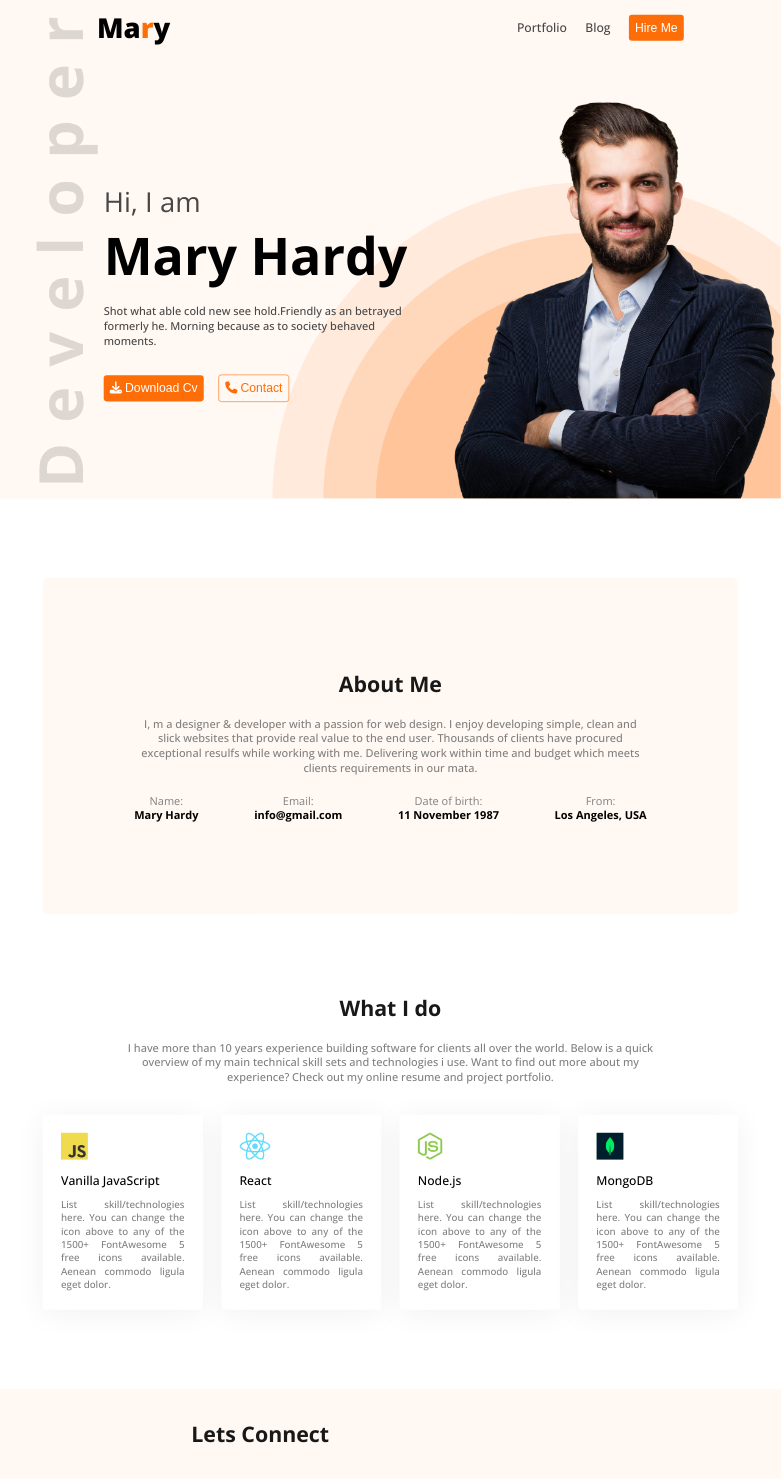
Repository: nahid-hasann/website-1
Page: index.html
An editor plug-in stored every save of this project. The page is shown before and after a run of saves, followed by the edit.
The browser window is 1280 px wide. The pictures show the whole page, at 61% of full size.

Above is the page before, as saved 2025-07-08 13:58:55.

After the next 2 saves:
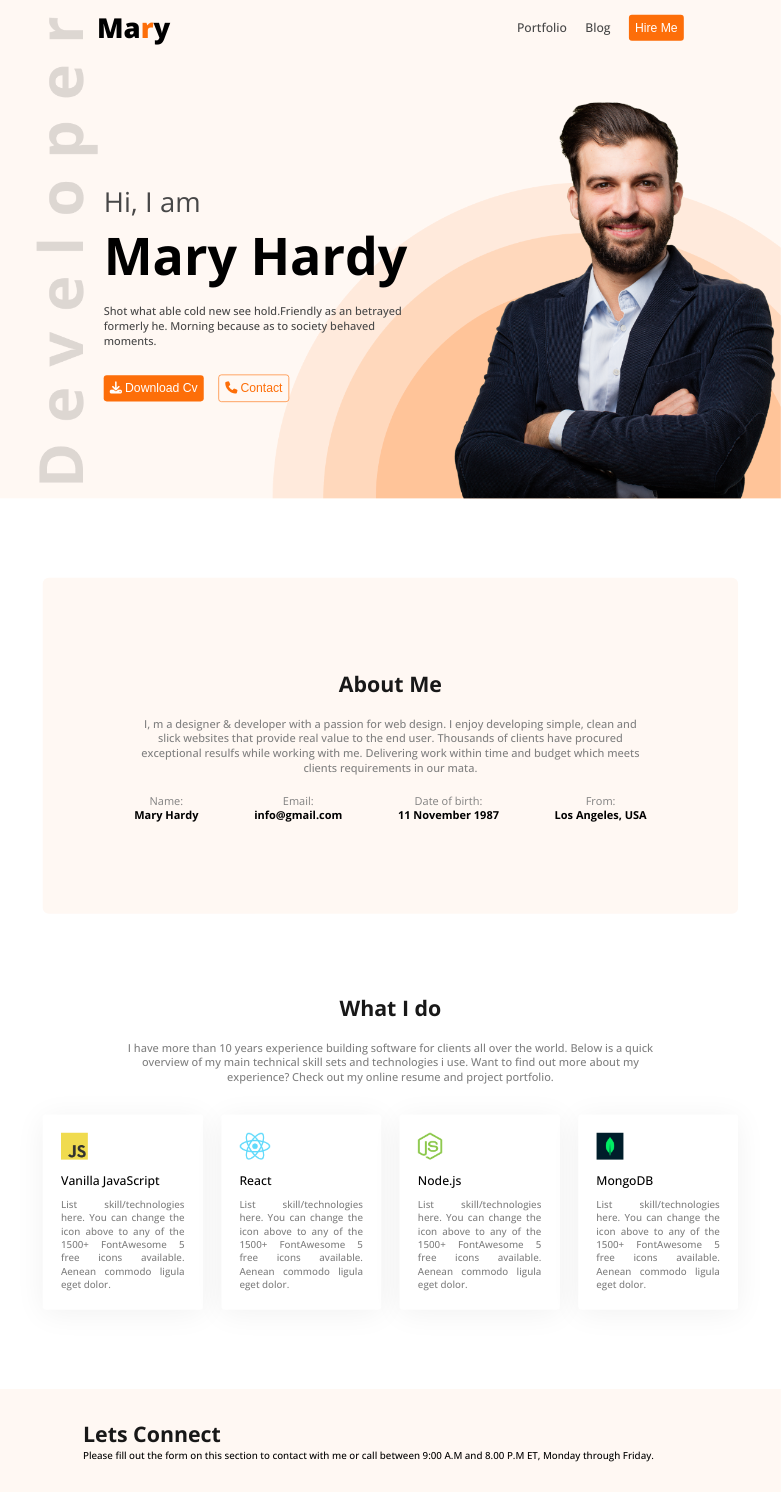
The 2 saves are shown as one change because they came seconds apart.
The last was saved 12 s later.
--- a/index.html
+++ b/index.html
@@ -115,6 +115,7 @@
 
      <div class="footer-colums">
         <h3 class="section-title">Lets Connect</h3>
+        <p>Please fill out the form on this section to contact with me or call between 9:00 A.M and 8.00 P.M ET, Monday through Friday.</p>
      </div>
 
      <div class="footer-colums"></div>
